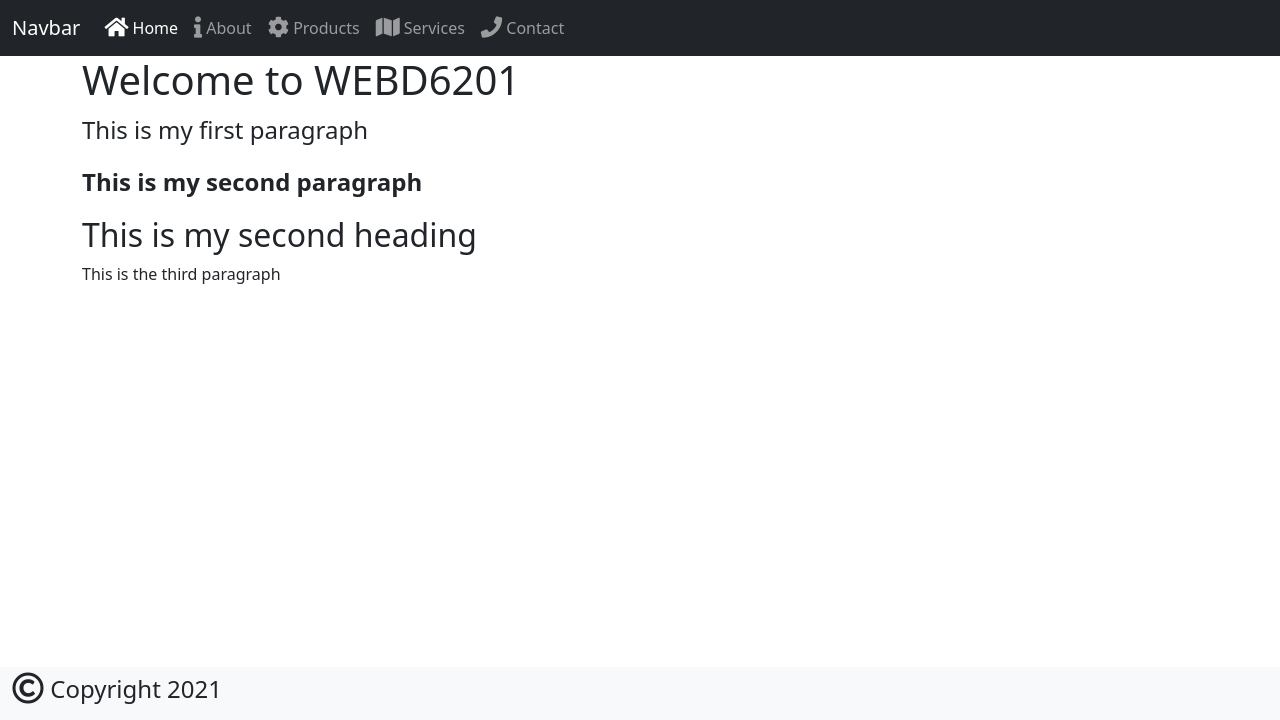
Repository: evanpalmer002/WEBD6201-ICE4
Page: index.html
These files come from the project's save history. The page is drawn as it stood at one moment and after the next save; the edit follows.
The browser window is 1280 px wide. The pictures show the whole page.

Above is the page before, as saved 2021-01-20 16:16:30.

After the next save:
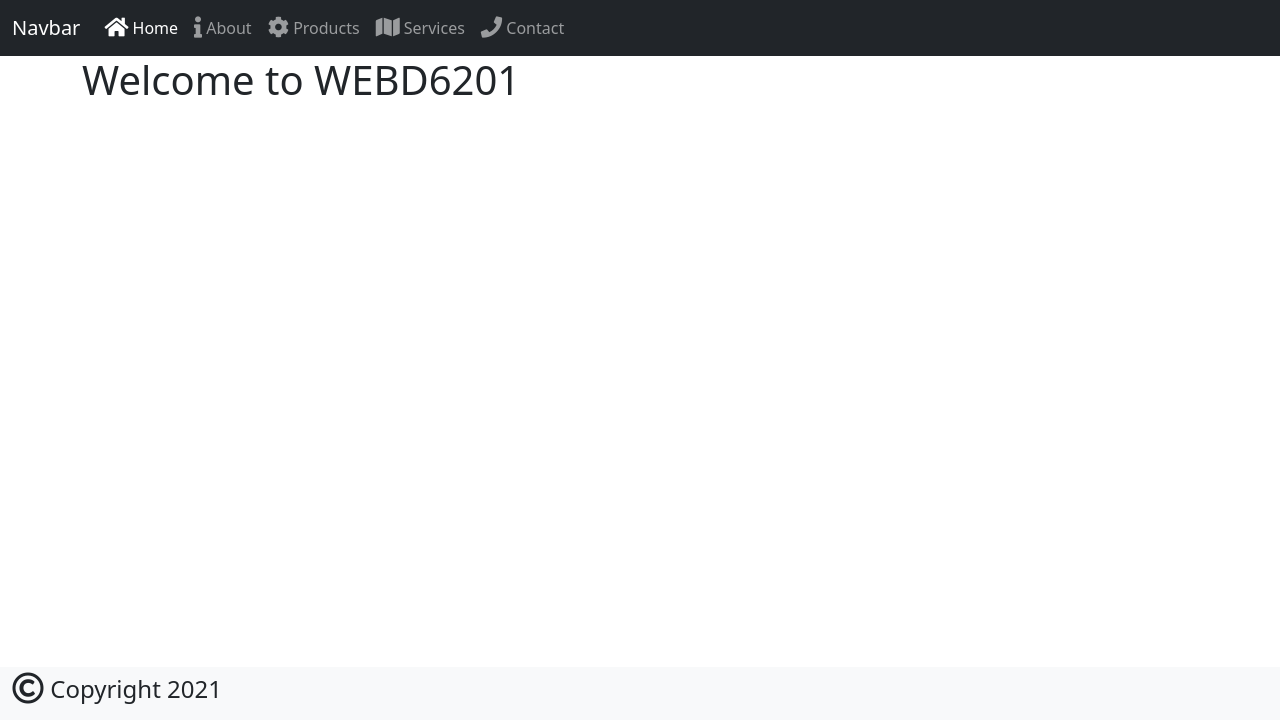
Console error: SyntaxError: Unexpected token 'case'
Saved 4 min 4 s later.
--- a/Scripts/app.js
+++ b/Scripts/app.js
@@ -7,9 +7,20 @@
     "use strict";
     function Start()
     {
+        switch(document.title)
+            case 'home':
+                break;
+            case 'about'
+                break;
+            case 'Products':
+                break;
+                 case 'Services'
+                break;
+                case 'Contact'
+                break;
         console.log("App Started...");
 
-
+        /*
         let paragraphOneContent = "This is my first paragraph"
         //Selection
         let paragraphOne = document.getElementById("paragraphOne");
@@ -37,7 +48,7 @@
         //paragraphOne.after(newDivTag);
 
         //paragraphOne.before(newDivTag);
-
+        */
     }
 
     window.addEventListener("load", Start);
